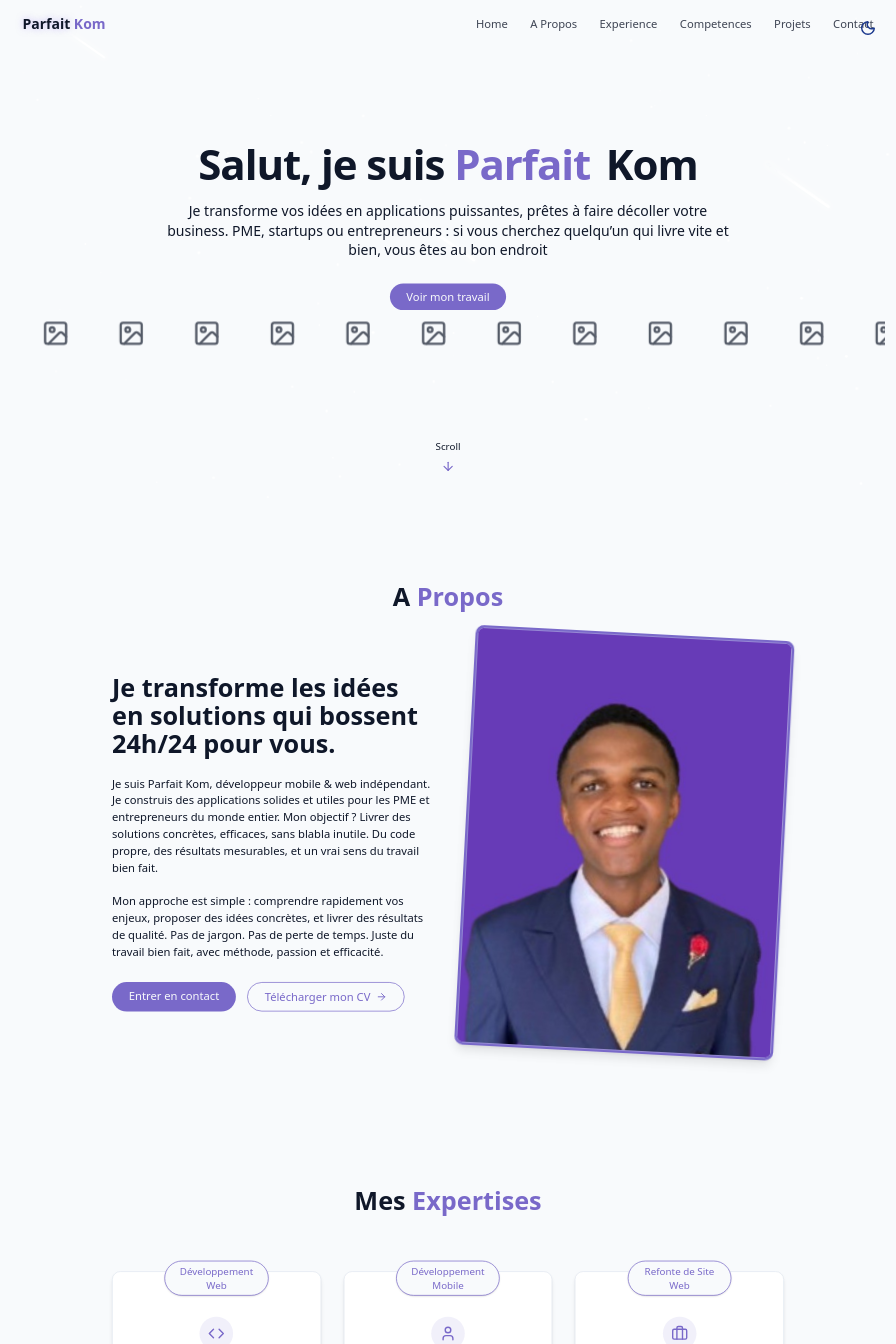
Repository: KOMI18/komi-folio
Page: /
These files come from the project's save history. The page is drawn as it stood at one moment and after a run of saves; the edit follows.
The browser window is 1280 px wide. The pictures show the part of the page from y = 0 to 1920 px (the page is 5793 px tall), at 70% of full size.
The project was rebuilt for these pictures with package versions that can differ from the ones it lists, and the page was loaded fresh each time. Some packages were replaced by stand-ins written for this rebuild. Also part of the build but not shown: vite.config.js, src/pages/NotFound.jsx.

Above is the page before, as saved 2025-06-27 21:25:16.

### index.html
<!doctype html>
<html lang="en">
  <head>
    <meta charset="UTF-8" />
    <link rel="icon" type="image/svg+xml" href="" />
    <meta name="viewport" content="width=device-width, initial-scale=1.0" />
    <title>Parfait Kom</title>
  </head>
  <body>
    <div id="root"></div>
    <script type="module" src="/src/main.jsx"></script>
  </body>
</html>

### src/pages/Home.jsx
import { Navbar } from "../components/Navbar";
import { ThemeToggle } from "../components/ThemeToggle";
import { StarBackground } from "@/components/StarBackground";
import { HeroSection } from "../components/HeroSection";
import { AboutSection } from "../components/AboutSection";
import { SkillsSection } from "../components/SkillsSection";
import { ProjectsSection } from "../components/ProjectsSection";
import { ContactSection } from "../components/ContactSection";
import { Footer } from "../components/Footer";
import {ExperienceSection} from "../components/ExperianceSection"
import { ExpertiseSection } from "../components/ExpertiseSection";
export const Home = () => {
  return (
    <div className="min-h-screen bg-background text-foreground overflow-x-hidden">
      {/* Theme Toggle */}
      <ThemeToggle />
      {/* Background Effects */}
      <StarBackground />

      {/* Navbar */}
      <Navbar />
      {/* Main Content */}
      <main>
        <HeroSection />
        <AboutSection />
        <ExpertiseSection/>
        <ExperienceSection/>
        <SkillsSection />
        <ProjectsSection />
        <ContactSection />
      </main>

      {/* Footer */}
      <Footer />
    </div>
  );
};

### src/components/ui/toaster.jsx
import { useToast } from "@/hooks/use-toast";
import {
  Toast,
  ToastClose,
  ToastDescription,
  ToastProvider,
  ToastTitle,
  ToastViewport,
} from "@/components/ui/toast";

export function Toaster() {
  const { toasts } = useToast();

  return (
    <ToastProvider>
      {toasts.map(function ({ id, title, description, action, ...props }) {
        return (
          <Toast key={id} {...props}>
            <div className="grid gap-1">
              {title && <ToastTitle>{title}</ToastTitle>}
              {description && (
                <ToastDescription>{description}</ToastDescription>
              )}
            </div>
            {action}
            <ToastClose />
          </Toast>
        );
      })}
      <ToastViewport />
    </ToastProvider>
  );
}

### src/components/Navbar.jsx
import { cn } from "@/lib/utils";
import { Menu, X } from "lucide-react";
import { useEffect, useState } from "react";

const navItems = [
  { name: "Home", href: "#hero" },
  { name: "A Propos", href: "#about" },
  { name: "Experience", href: "#experience" },
  { name: "Competences", href: "#skills" },
  { name: "Projets", href: "#projects" },
  { name: "Contact", href: "#contact" },


];

export const Navbar = () => {
  const [isScrolled, setIsScrolled] = useState(false);
  const [isMenuOpen, setIsMenuOpen] = useState(false);

  useEffect(() => {
    const handleScroll = () => {
      setIsScrolled(window.screenY > 10);
    };

    window.addEventListener("scroll", handleScroll);
    return () => window.removeEventListener("scroll", handleScroll);
  }, []);
  return (
    <nav
      className={cn(
        "fixed w-full z-40 transition-all duration-300",
        isScrolled ? "py-3 bg-background/80 backdrop-blur-md shadow-xs" : "py-5"
      )}
    >
      <div className="container flex items-center justify-between">
        <a
          className="text-xl font-bold text-primary flex items-center"
          href="#hero"
        >
          <span className="relative z-10">
            <span className="text-glow text-foreground"> Parfait  </span>{" "}
            Kom
          </span>
        </a>

        {/* desktop nav */}
        <div className="hidden md:flex space-x-8">
          {navItems.map((item, key) => (
            <a
              key={key}
              href={item.href}
              className="text-foreground/80 hover:text-primary transition-colors duration-300"
            >
              {item.name}
            </a>
          ))}
        </div>

        {/* mobile nav */}

        <button
          onClick={() => setIsMenuOpen((prev) => !prev)}
          className="md:hidden p-2 text-foreground z-50"
          aria-label={isMenuOpen ? "   Menu" : "Open Menu"}
        >
          {isMenuOpen ? <X size={24} /> : <Menu size={24} />}{" "}
        </button>

        <div
          className={cn(
            "fixed inset-0 bg-background/95 backdroup-blur-md z-40 flex flex-col items-center justify-center",
            "transition-all duration-300 md:hidden",
            isMenuOpen
              ? "opacity-100 pointer-events-auto"
              : "opacity-0 pointer-events-none"
          )}
        >
          <div className="flex flex-col space-y-8 text-xl">
            {navItems.map((item, key) => (
              <a
                key={key}
                href={item.href}
                className="text-foreground/80 hover:text-primary transition-colors duration-300"
                onClick={() => setIsMenuOpen(false)}
              >
                {item.name}
              </a>
            ))}
          </div>
        </div>
      </div>
    </nav>
  );
};

### src/components/ThemeToggle.jsx
import { Moon, Sun } from "lucide-react";
import { useEffect, useState } from "react";
import { cn } from "@/lib/utils";

export const ThemeToggle = () => {
  const [isDarkMode, setIsDarkMode] = useState(false);

  useEffect(() => {
    const storedTheme = localStorage.getItem("theme");
    if (storedTheme === "dark") {
      setIsDarkMode(true);
      document.documentElement.classList.add("dark");
    } else {
      localStorage.setItem("theme", "light");
      setIsDarkMode(false);
    }
  }, []);

  const toggleTheme = () => {
    if (isDarkMode) {
      document.documentElement.classList.remove("dark");
      localStorage.setItem("theme", "light");
      setIsDarkMode(false);
    } else {
      document.documentElement.classList.add("dark");
      localStorage.setItem("theme", "dark");
      setIsDarkMode(true);
    }
  };

  return (
    <button
      onClick={toggleTheme}
      className={cn(
        "fixed max-sm:hidden top-5 right-5 z-50 p-2 rounded-full transition-colors duration-300",
        "focus:outlin-hidden"
      )}
    >
      {isDarkMode ? (
        <Sun className="h-6 w-6 text-yellow-300" />
      ) : (
        <Moon className="h-6 w-6 text-blue-900" />
      )}
    </button>
  );
};

### src/components/StarBackground.jsx
import { useEffect, useState } from "react";

// id, size, x, y, opacity, animationDuration
// id, size, x, y, delay, animationDuration

export const StarBackground = () => {
  const [stars, setStars] = useState([]);
  const [meteors, setMeteors] = useState([]);

  useEffect(() => {
    generateStars();
    generateMeteors();

    const handleResize = () => {
      generateStars();
    };

    window.addEventListener("resize", handleResize);

    return () => window.removeEventListener("resize", handleResize);
  }, []);

  const generateStars = () => {
    const numberOfStars = Math.floor(
      (window.innerWidth * window.innerHeight) / 10000
    );

    const newStars = [];

    for (let i = 0; i < numberOfStars; i++) {
      newStars.push({
        id: i,
        size: Math.random() * 3 + 1,
        x: Math.random() * 100,
        y: Math.random() * 100,
        opacity: Math.random() * 0.5 + 0.5,
        animationDuration: Math.random() * 4 + 2,
      });
    }

    setStars(newStars);
  };

  const generateMeteors = () => {
    const numberOfMeteors = 4;
    const newMeteors = [];

    for (let i = 0; i < numberOfMeteors; i++) {
      newMeteors.push({
        id: i,
        size: Math.random() * 2 + 1,
        x: Math.random() * 100,
        y: Math.random() * 20,
        delay: Math.random() * 15,
        animationDuration: Math.random() * 3 + 3,
      });
    }

    setMeteors(newMeteors);
  };

  return (
    <div className="fixed inset-0 overflow-hidden pointer-events-none z-0">
      {stars.map((star) => (
        <div
          key={star.id}
          className="star animate-pulse-subtle"
          style={{
            width: star.size + "px",
            height: star.size + "px",
            left: star.x + "%",
            top: star.y + "%",
            opacity: star.opacity,
            animationDuration: star.animationDuration + "s",
          }}
        />
      ))}

      {meteors.map((meteor) => (
        <div
          key={meteor.id}
          className="meteor animate-meteor"
          style={{
            width: meteor.size * 50 + "px",
            height: meteor.size * 2 + "px",
            left: meteor.x + "%",
            top: meteor.y + "%",
            animationDelay: meteor.delay,
            animationDuration: meteor.animationDuration + "s",
          }}
        />
      ))}
    </div>
  );
};

### src/components/HeroSection.jsx
import { ArrowDown , Image } from "lucide-react";

export const HeroSection = () => {
  const logos = [
    { src: "/projects/project1.png", alt: "Flutter" },
    { src: "/projects/project1.png", alt: "React" },
    { src: "/projects/project1.png", alt: "Node.js" },
    { src: "/projects/project1.png", alt: "JavaScript" },
    { src: "/projects/project1.png", alt: "HTML5" },
    { src: "/projects/project1.png", alt: "CSS3" },
    { src: "/projects/project1.png", alt: "MongoDB" },
    { src: "/projects/project1.png", alt: "MySQL" }
  ];
  return (
    <section
      id="hero"
      className="relative min-h-screen flex flex-col items-center justify-center px-4"
    >
      <div className="container max-w-4xl mx-auto text-center z-10">
        <div className="space-y-6">
          <h1 className="text-4xl md:text-6xl font-bold tracking-tight">
            <span className="opacity-0 animate-fade-in">Salut, je suis</span>
            <span className="text-primary opacity-0 animate-fade-in-delay-1">
              {" "}
              Parfait
            </span>
            <span className="text-gradient ml-2 opacity-0 animate-fade-in-delay-2">
              {" "}
              Kom
            </span>
          </h1>

          <p className="text-lg md:text-xl text-muted-foreground max-2-2xl mx-auto opacity-0 animate-fade-in-delay-3">
          Je transforme vos idées en applications  puissantes, prêtes à faire décoller votre business.
          PME, startups ou entrepreneurs : si vous cherchez quelqu’un qui livre vite et bien, vous êtes au bon endroit
          </p>

          <div className="pt-4 opacity-0 animate-fade-in-delay-4">
            <a href="#projects" className="cosmic-button">
             Voir mon travail
            </a>
          </div>
        </div>
      </div>
      <div className="overflow-hidden py-4 relative w-full">
      <div className="animate-scroll flex gap-12 w-max">
        {[...logos, ...logos].map((logo, index) => (
          <div key={index} className="min-w-[60px] h-12 flex items-center justify-center">
            <Image src={logo.src} alt={logo.alt} width={40} height={40} className="opacity-70 hover:opacity-100 transition" />
          </div>
        ))}
      </div>
      <style jsx>{`
        @keyframes scroll {
          0% { transform: translateX(0); }
          100% { transform: translateX(-50%); }
        }
        .animate-scroll {
          animation: scroll 20s linear infinite;
        }
      `}</style>
    </div>
      <div className="absolute bottom-8 left-1/2 transform -translate-x-1/2 flex flex-col items-center animate-bounce">
        <span className="text-sm text-muted-foreground mb-2"> Scroll </span>
        <ArrowDown className="h-5 w-5 text-primary" />
      </div>
    </section>
  );

};

### src/components/AboutSection.jsx

import { ArrowRight , Image} from "lucide-react";

export const AboutSection = () => {
  return (
    <section id="about" className="py-24 px-4 bg-background">
       <h2 className="text-3xl md:text-4xl font-bold mb-4 py-4 text-center">
          {" "}
          A <span className="text-primary">Propos</span>
        </h2>
      <div className="container mx-auto max-w-5xl grid grid-cols-1 md:grid-cols-2  gap-12 items-center">
        {/* Image */}
        <div className="order-first md:order-last flex justify-center md:justify-start">
          <div className="w-40 h-40 sm:w-80 sm:h-80 md:w-[500px] md:h-[500px] lg:w-[600px] lg:h-[600px] relative transform rotate-3 rounded-xl overflow-hidden border-4 border-primary shadow-lg transition-transform duration-500 hover:scale-105">
            <img
              src="/projects/parfaitkom.jpeg"
              alt="Parfait Kom"
              className="w-full h-full object-cover"
              width={500}
              height={500}
            />
          </div>
        </div>
        {/* Content */}
        <div className="space-y-6">
          <h2 className="text-3xl md:text-4xl font-bold text-left  md:text-left">
            Je transforme les idées en solutions qui bossent 24h/24 pour vous.
          </h2>

          <p className="text-muted-foreground text-left md:text-left">
            Je suis Parfait Kom, développeur mobile & web indépendant. Je construis des applications solides et utiles pour les PME et entrepreneurs du monde entier. Mon objectif ? Livrer des solutions concrètes, efficaces, sans blabla inutile. Du code propre, des résultats mesurables, et un vrai sens du travail bien fait.
          </p>

          <p className="text-muted-foreground text-left md:text-left">
            Mon approche est simple : comprendre rapidement vos enjeux, proposer des idées concrètes, et livrer des résultats de qualité. Pas de jargon. Pas de perte de temps. Juste du travail bien fait, avec méthode, passion et efficacité.
          </p>

          <div className="flex flex-col sm:flex-row gap-4 pt-2">
            <a href="#contact" className="cosmic-button">
              Entrer en contact
            </a>

            <a
              href="/docs/Parfait_Kom_CV.pdf"
              download
              className="px-6 py-2 rounded-full border border-primary text-primary hover:bg-primary/10 transition-colors duration-300 flex items-center gap-2"
            >
              Télécharger mon CV <ArrowRight className="w-4 h-4" />
            </a>
          </div>
        </div>
      </div>
    </section>
  );
};

export default AboutSection;

### src/components/SkillsSection.jsx
import { useState } from "react";
import { cn } from "@/lib/utils";

const skills = [
  // Frontend
  { name: "Flutter / Dart", level: 70, category: "frontend" },
  { name: "JavaScript", level: 60, category: "frontend" },
  { name: "React", level: 80, category: "frontend" },
  { name: "Tailwind CSS", level: 90, category: "frontend" },


  // Backend
  { name: "Node.js", level: 80, category: "backend" },
  { name: "Express", level: 75, category: "backend" },
  { name: "MongoDB", level: 70, category: "backend" },

  // Tools
  { name: "Git/GitHub", level: 80, category: "tools" },
  { name: "Postman", level: 80, category: "tools" },
];

const categories = ["Tout", "frontend", "backend", "tools"];

export const SkillsSection = () => {
  const [activeCategory, setActiveCategory] = useState("Tout");

  const filteredSkills = skills.filter(
    (skill) => activeCategory === "Tout" || skill.category === activeCategory
  );
  return (
    <section id="skills" className="py-24 px-4 relative bg-secondary/30">
      <div className="container mx-auto max-w-5xl">
        <h2 className="text-3xl md:text-4xl font-bold mb-12 text-center">
        Mes  <span className="text-primary"> compétences</span>
        </h2>

        <div className="flex flex-wrap justify-center gap-4 mb-12">
          {categories.map((category, key) => (
            <button
              key={key}
              onClick={() => setActiveCategory(category)}
              className={cn(
                "px-5 py-2 rounded-full transition-colors duration-300 capitalize",
                activeCategory === category
                  ? "bg-primary text-primary-foreground"
                  : "bg-secondary/70 text-forefround hover:bd-secondary"
              )}
            >
              {category}
            </button>
          ))}
        </div>

        <div className="grid grid-cols-1 sm:grid-cols-2 lg:grid-cols-3 gap-6">
          {filteredSkills.map((skill, key) => (
            <div
              key={key}
              className="bg-card p-6 rounded-lg shadow-xs card-hover"
            >
              <div className="text-left mb-4">
                <h3 className="font-semibold text-lg"> {skill.name}</h3>
              </div>
              <div className="w-full bg-secondary/50 h-2 rounded-full overflow-hidden">
                <div
                  className="bg-primary h-2 rounded-full origin-left animate-[grow_1.5s_ease-out]"
                  style={{ width: skill.level + "%" }}
                />
              </div>

              <div className="text-right mt-1">
                <span className="text-sm text-muted-foreground">
                  {skill.level}%
                </span>
              </div>
            </div>
          ))}
        </div>
      </div>
    </section>
  );
};

### src/components/Footer.jsx
import { ArrowUp } from "lucide-react";

export const Footer = () => {
  return (
    <footer className="py-12 px-4 bg-card relative border-t border-border mt-12 pt-8 flex flex-wrap justify-between items-center">
      {" "}
      <p className="text-sm text-muted-foreground">
        {" "}
        &copy; {new Date().getFullYear()} Parfait Kom . All rights reserved.
      </p>
      <a
        href="#hero"
        className="p-2 rounded-full bg-primary/10 hover:bg-primary/20 text-primary transition-colors"
      >
        <ArrowUp size={20} />
      </a>
    </footer>
  );
};

### src/components/ExpertiseSection.jsx
import { useEffect } from "react";
import { Code, User, Briefcase } from "lucide-react";

export const ExpertiseSection = () => {
  const services = [
    {
      icon: <Code className="h-6 w-6 text-primary" />,
      title: "Développement Web",
      description:
        "Des sites solides, rapides, pensés pour convaincre et performer. Rien n'est laissé au hasard."
    },
    {
      icon: <User className="h-6 w-6 text-primary" />,
      title: "Développement Mobile",
      description:
        "Des applications mobiles modernes, stables et fluides. Pensées pour vos utilisateurs, conçues pour durer."
    },
    {
      icon: <Briefcase className="h-6 w-6 text-primary" />,
      title: "Refonte de Site Web",
      description:
        "Un site obsolète, c’est un frein. Je repense, restructure et redonne vie à votre présence en ligne."
    }
  ];

  useEffect(() => {
    const observer = new IntersectionObserver(
      (entries) => {
        entries.forEach((entry) => {
          if (entry.isIntersecting) {
            entry.target.classList.add("animate-fade-in-up");
            observer.unobserve(entry.target);
          }
        });
      },
      { threshold: 0.2 }
    );

    const cards = document.querySelectorAll(".expertise-card");
    cards.forEach((card) => observer.observe(card));

    return () => observer.disconnect();
  }, []);

  return (
    <section id="expertise" className="py-24 px-4 bg-background">
      <div className="container max-w-5xl mx-auto text-center">
        <h2 className="text-3xl md:text-4xl font-bold mb-16">
          Mes <span className="text-primary">Expertises</span>
        </h2>

        <div className="grid grid-cols-1 md:grid-cols-3 gap-8 items-end">
          {services.map((service, index) => (
            <div
              key={index}
              className="expertise-card opacity-0 transition-opacity duration-700 ease-out translate-y-4 relative z-10 bg-card border border-border rounded-xl p-6 shadow-md hover:shadow-lg flex flex-col justify-between"
            >
              <div>
                <div className="absolute -top-4 left-1/2 -translate-x-1/2 bg-background px-3 py-1 rounded-full border border-primary text-primary text-sm font-medium shadow">
                  {service.title}
                </div>
                <div className="flex flex-col items-center pt-10 space-y-4">
                  <div className="p-3 rounded-full bg-primary/10">{service.icon}</div>
                  <p className="text-muted-foreground text-sm text-center">
                    {service.description}
                  </p>
                </div>
              </div>
              {index < services.length  && (
                <svg
                  viewBox="0 0 100 50"
                  preserveAspectRatio="none"
                  className="w-full h-8 mt-4"
                >
                  <path
                    d="M0 0 C 50 50, 50 50, 100 0"
                    stroke="#6366f1"
                    strokeWidth="2"
                    fill="none"
                    strokeDasharray="6 4"
                  />
                </svg>
              )}
            </div>
          ))}
        </div>
      </div>
    </section>
  );
};

Loaded but not shown: src/main.jsx (common file); src/App.jsx (common file); src/lib/utils.js (common file); src/hooks/use-toast.js (144 lines, source omitted); src/components/ContactSection.jsx (186 lines, source omitted); src/components/ExperianceSection.jsx (117 lines, source omitted); src/components/ui/toast.jsx (102 lines, source omitted); src/components/ProjectsSection.jsx (112 lines, source omitted); src/index.css (176 lines, source omitted)

After the next 2 saves:
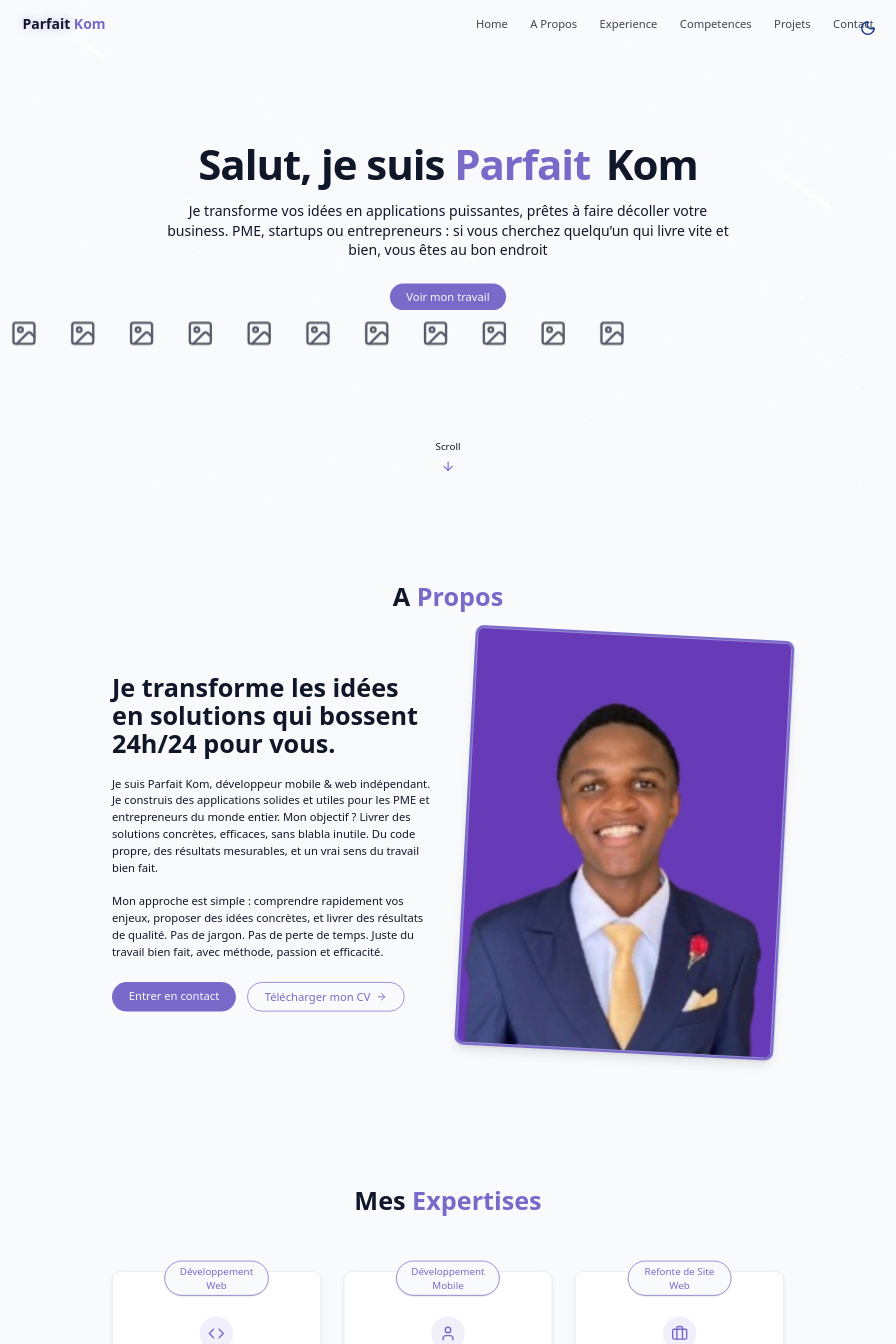
The 2 saves are shown as one change because they came seconds apart.
The last was saved 6 s later.
--- a/src/components/HeroSection.jsx
+++ b/src/components/HeroSection.jsx
@@ -43,7 +43,7 @@ export const HeroSection = () => {
         </div>
       </div>
       <div className="overflow-hidden py-4 relative w-full">
-      <div className="animate-scroll flex gap-12 w-max">
+      <div className="animate-scroll flex gap-6 min-w-[200%]">
         {[...logos, ...logos].map((logo, index) => (
           <div key={index} className="min-w-[60px] h-12 flex items-center justify-center">
             <Image src={logo.src} alt={logo.alt} width={40} height={40} className="opacity-70 hover:opacity-100 transition" />
